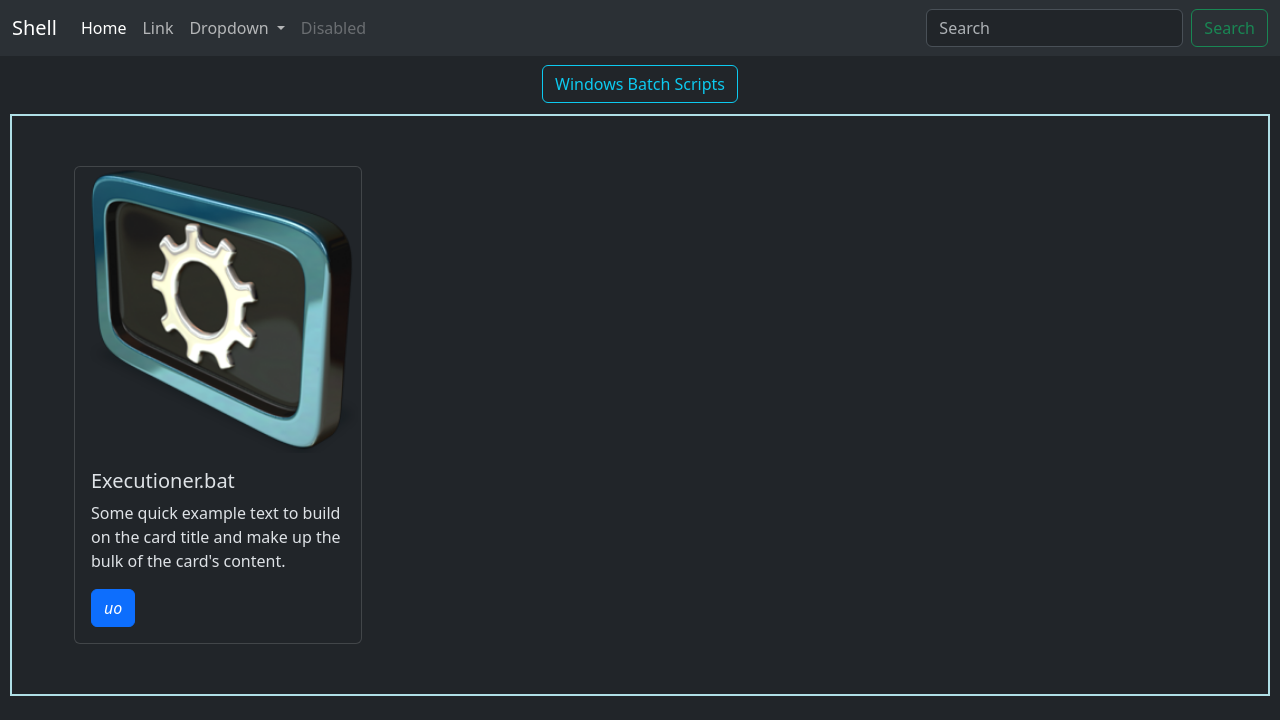
Repository: VictoriousMango/Archive
Page: index.html
An editor plug-in stored every save of this project. The page is shown before and after the next save, followed by the edit.
The browser window is 1280 px wide. The pictures show the whole page.

Above is the page before, as saved 2024-06-06 00:50:21.

After the next save:
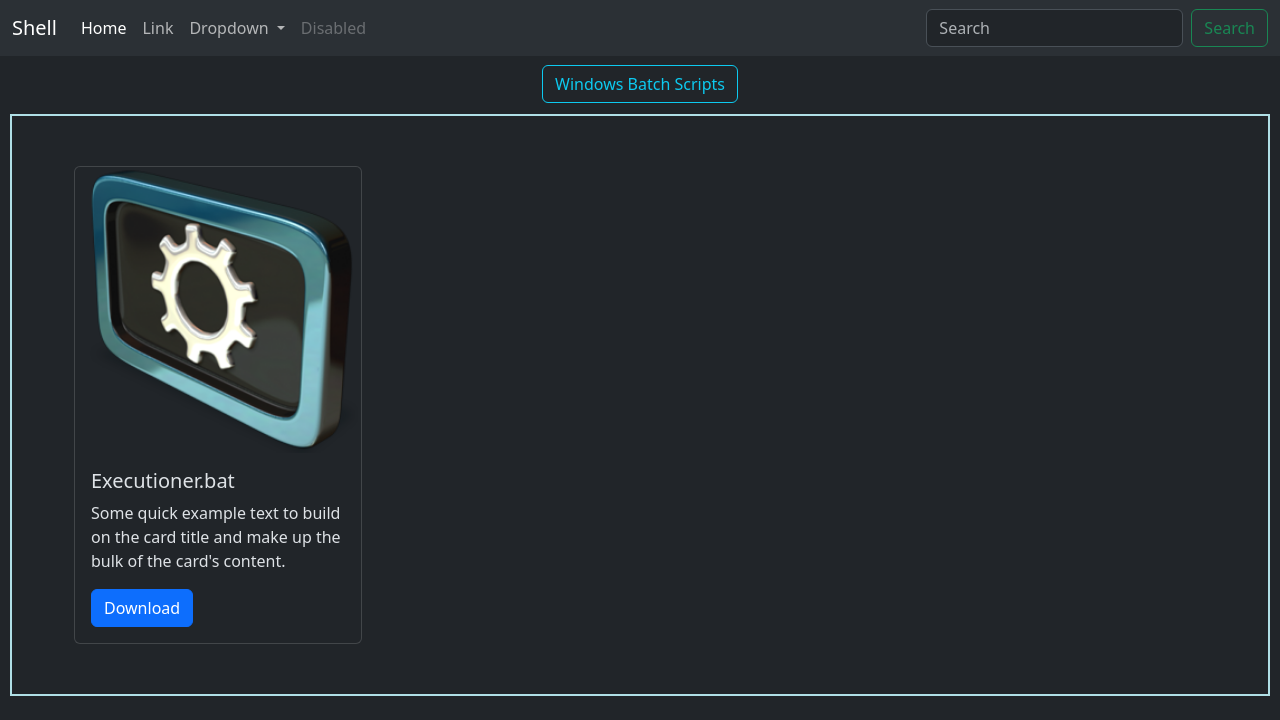
Saved 98 s later.
--- a/index.html
+++ b/index.html
@@ -54,7 +54,7 @@
                     <div class="card-body">
                       <h5 class="card-title">Executioner.bat</h5>
                       <p class="card-text">Some quick example text to build on the card title and make up the bulk of the card's content.</p>
-                      <a href="Groups/Projects/Executioner.bat" class="btn btn-primary" download><i class="bi bi-download">uo</i></a>
+                      <a href="Groups/Projects/Executioner.bat" class="btn btn-primary" download>Download</a>
                     </div>
                   </div>
             </div>
